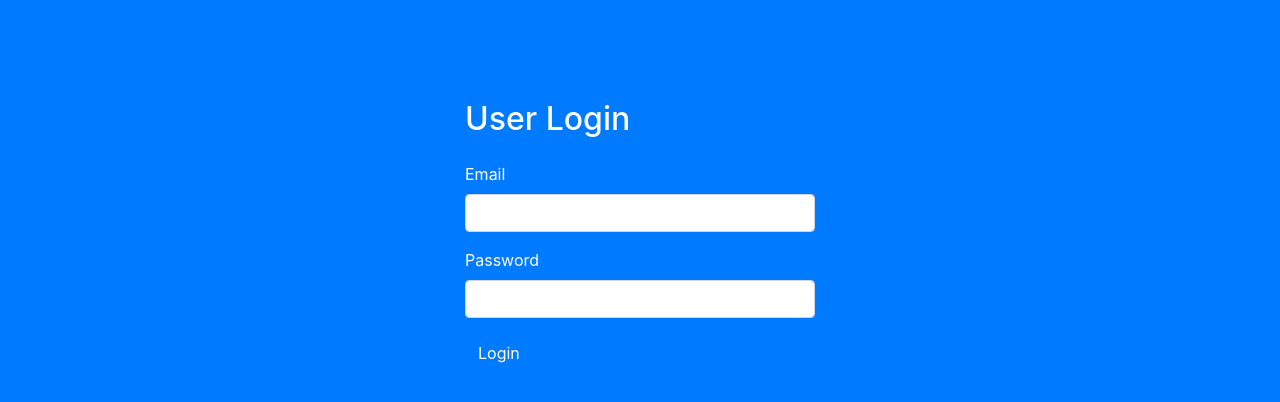
Repository: Tauqeer124/usermanagemet
Page: http://localhost/login
These files come from the project's save history. The page is drawn as it stood at one moment and after the next save; the edit follows.
The browser window is 1280 px wide. The pictures show the whole page.
The page is served by the project's Laravel application, run on PHP 8.4 with Laravel 8.

Above is the page before, as saved 2023-07-24 12:04:12.

After the next save:
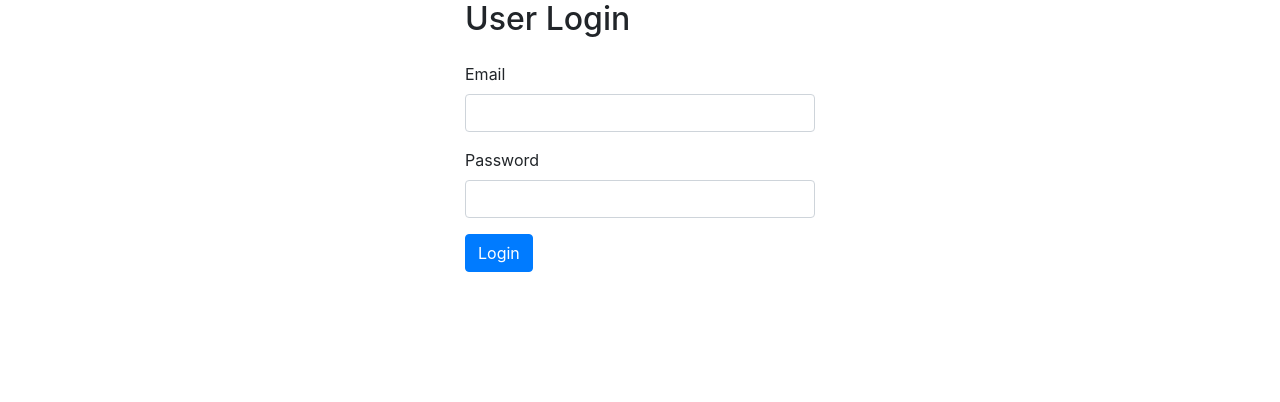
Saved 35 s later.
--- a/resources/views/auth/login.blade.php
+++ b/resources/views/auth/login.blade.php
@@ -4,15 +4,7 @@
   <title>User Login</title>
   <!-- Add Bootstrap CSS -->
   <link rel="stylesheet" href="https://stackpath.bootstrapcdn.com/bootstrap/4.5.2/css/bootstrap.min.css">
-  <style>
-    body {
-      background-color: #007bff; /* Blue background color */
-      color: #fff; /* Text color */
-    }
-    .login-container {
-      margin-top: 100px;
-    }
-  </style>
+
 </head>
 <body>
 
